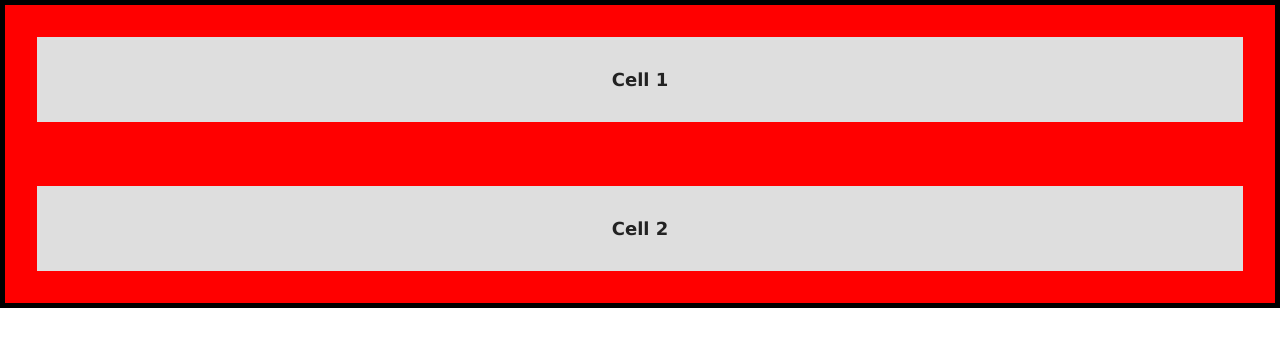
Repository: Ndifoinhilary/css_grid
Page: css-grid-learn/index.html
An editor plug-in stored every save of this project. The page is shown before and after the next save, followed by the edit.
The browser window is 1280 px wide. The pictures show the whole page.

Above is the page before, as saved 2024-01-24 12:02:17.

After the next save:
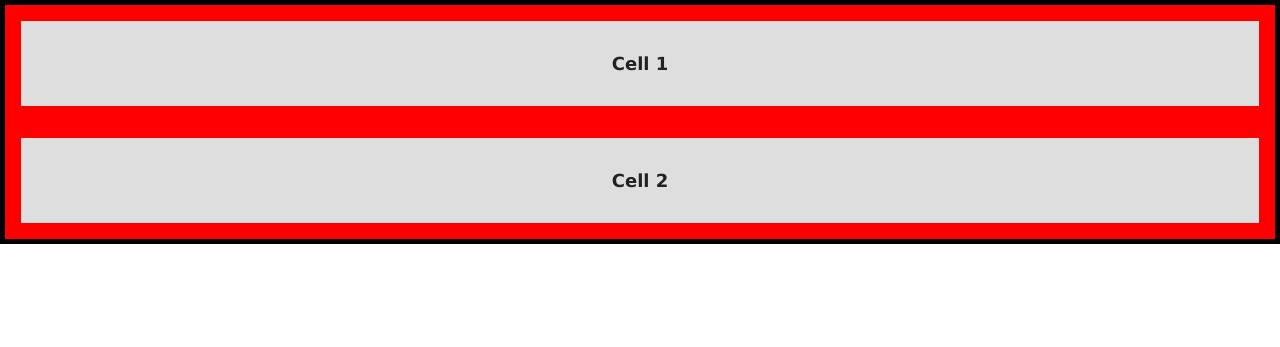
Saved 12 s later.
--- a/css-grid-learn/main.css
+++ b/css-grid-learn/main.css
@@ -20,5 +20,5 @@ body{
     font-weight: bold;
     padding: 2rem;
     font-size: large;
-    border: 2rem solid red;
+    border:1rem solid red;
 }
